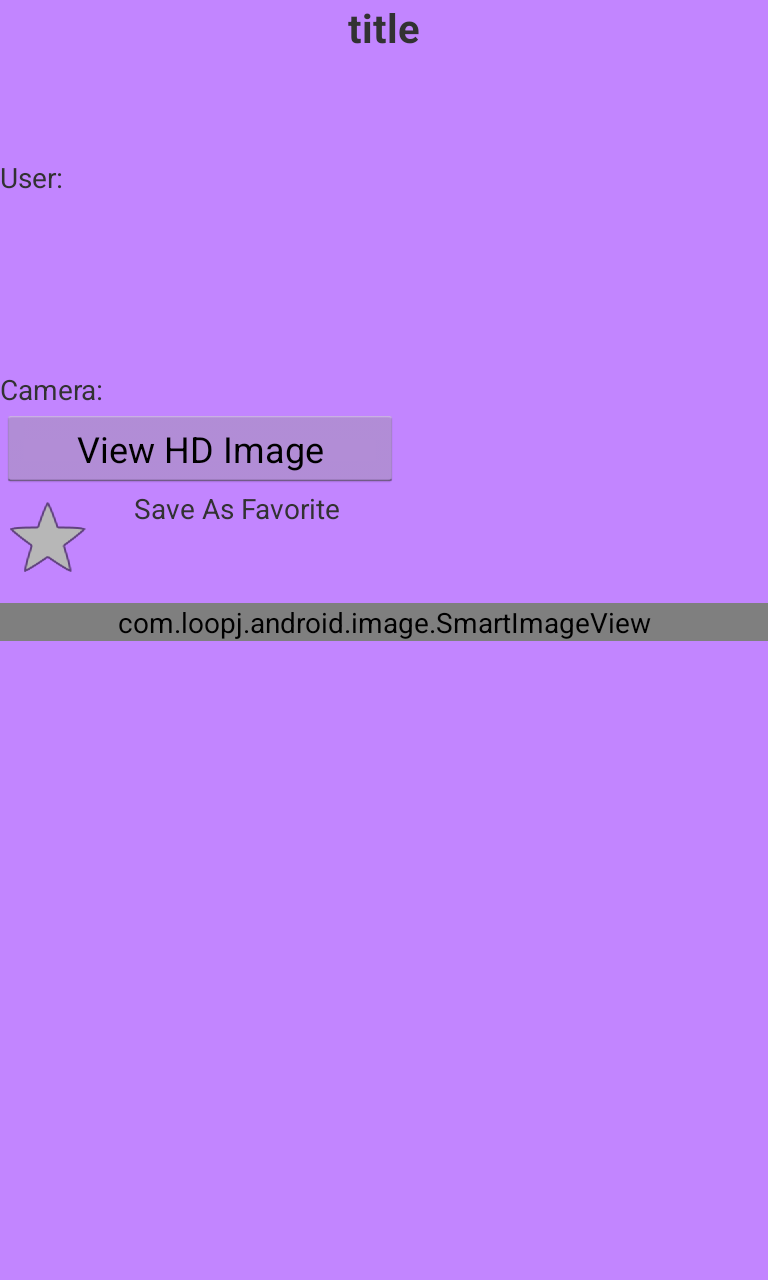
Repository: arianaantonio/Java2_Antonio
Layout: SpaceImageViewer/res/layout/details_activity.xml
These files come from the project's save history. The layout is drawn as it stood at one moment and after the next save; the edit follows.
Pictures or frames that could not be fetched are drawn as grey boxes. It is drawn on a 768 x 1280 px phone screen (xhdpi) without system bars, with theme AppTheme; the app's code is not run.

Above is the layout before, as saved 2014-07-31 05:25:35.

After the next save:
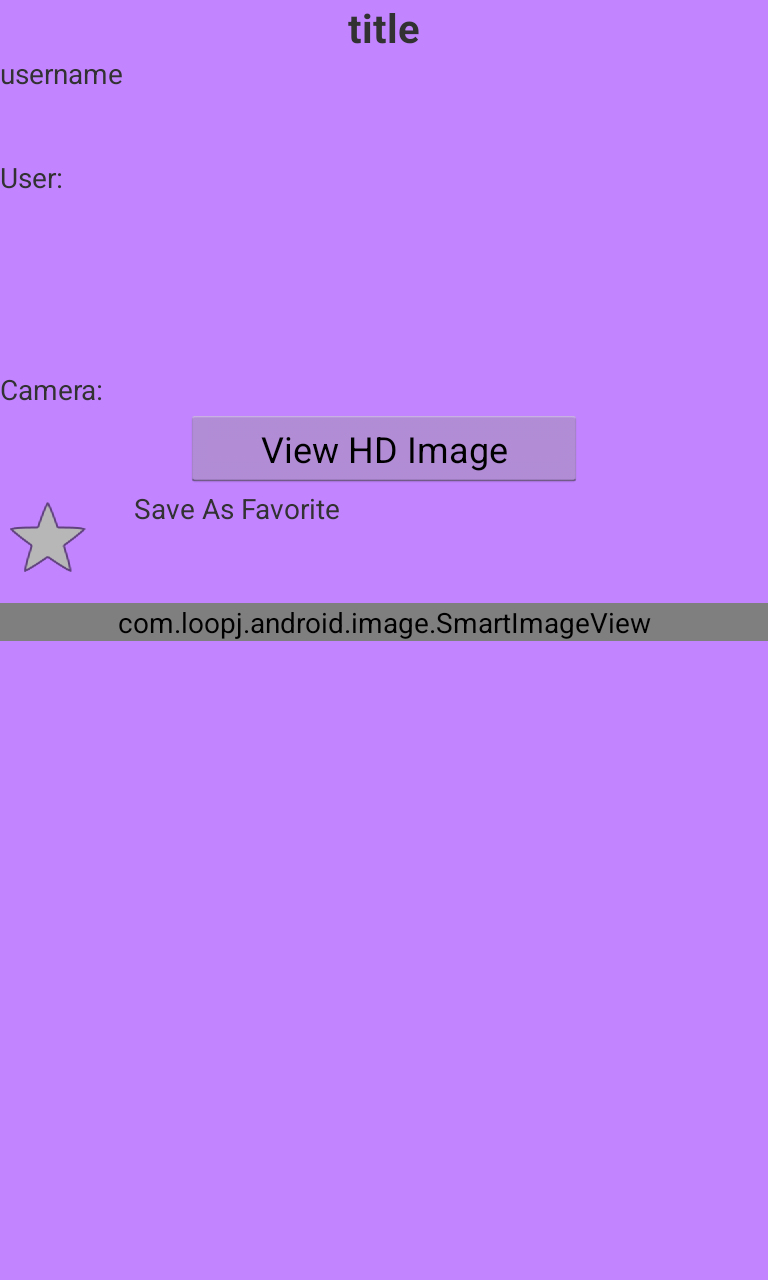
Saved 2 min 23 s later.
--- a/SpaceImageViewer/res/layout/details_activity.xml
+++ b/SpaceImageViewer/res/layout/details_activity.xml
@@ -24,7 +24,7 @@
             android:id="@+id/userName"
             android:layout_width="fill_parent"
             android:layout_height="wrap_content"
-            android:text="" />
+            android:text="username" />
 
     </LinearLayout>
 
@@ -62,6 +62,7 @@
         android:id="@+id/button1"
         android:layout_width="wrap_content"
         android:layout_height="wrap_content"
+        android:layout_gravity="center"
         android:layout_weight="0.00"
         android:minHeight="35dp"
         android:text="@string/HDbutton"
